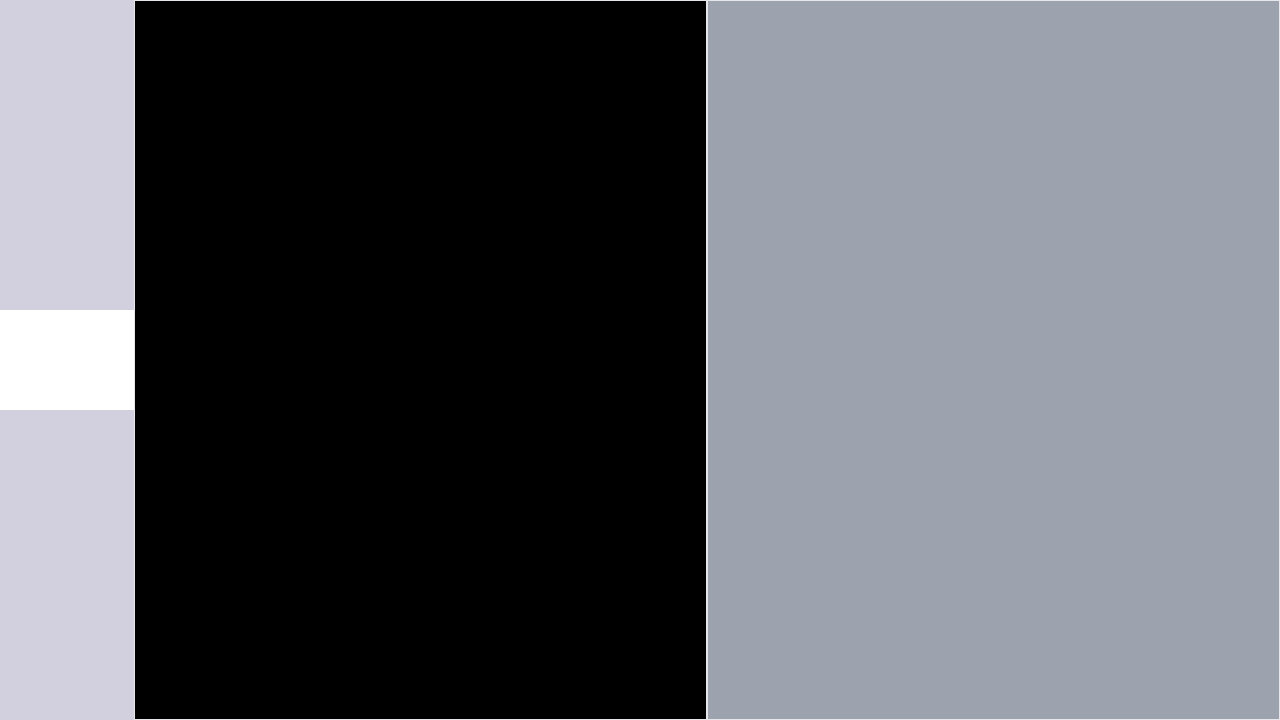
Repository: cosmicswati/upgrad-captions-project
Page: /
The author's editor kept a copy of each file at every save. The page is drawn from the files as they stood at one save, then again after the next save.
The browser window is 1280 px wide. The pictures show the whole page.
The project was rebuilt for these pictures with package versions that can differ from the ones it lists, and the page was loaded fresh each time.

Above is the page before, as saved 2024-04-08 17:42:36.

### src/App.js
import Auth from "./modules/Authorization";


function App() {
  return (
    <div>
       <Auth />
    </div>
  );
}

export default App;

### src/modules/Authorization/index.js
import React from 'react'
import Form from './Form'

const Auth = () => {
  return (
    <div>
      <Form/>
    </div>
  )
}

export default Auth

### src/modules/Authorization/Form.jsx
import React from 'react';

const Form = () => {
  return (
    <div className='bg-[#d2cfdf] h-screen w-full flex justify-center items-center'>
      <div className='h-[100px] w-[300px] bg-white flex justify-center items-center'></div>
      <div className='border h-full w-full bg-black'></div>
      <div className='border h-full w-full bg-gray-400'></div>

    </div>
  );
};

export default Form;

### tailwind.config.js
/** @type {import('tailwindcss').Config} */
module.exports = {
 mode:'jit',
 purge: [
  './public/**/*.html',
  './src/**/*.{js,jsx,ts,tsx,vue}',
 ],
  content: [
    "./src/**/*.{js,jsx,ts,tsx}",
  ],
  theme: {
    extend: {},
  },
  plugins: [],
}

Loaded but not shown: public/index.html (common file); src/index.js (common file); src/index.css (common file); src/reportWebVitals.js (common file)

After the next save:
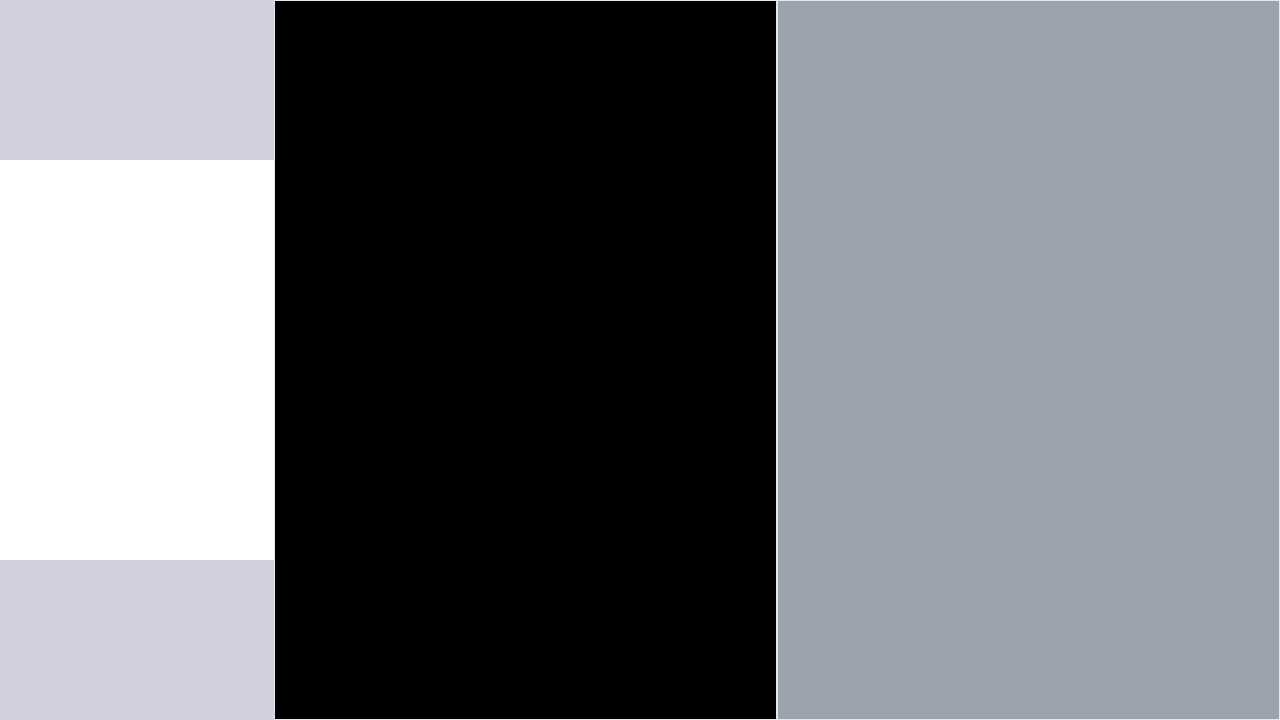
Saved 19 s later.
--- a/src/modules/Authorization/Form.jsx
+++ b/src/modules/Authorization/Form.jsx
@@ -3,7 +3,7 @@ import React from 'react';
 const Form = () => {
   return (
     <div className='bg-[#d2cfdf] h-screen w-full flex justify-center items-center'>
-      <div className='h-[100px] w-[300px] bg-white flex justify-center items-center'></div>
+      <div className='h-[400px] w-[700px] bg-white flex justify-center items-center'></div>
       <div className='border h-full w-full bg-black'></div>
       <div className='border h-full w-full bg-gray-400'></div>
 
